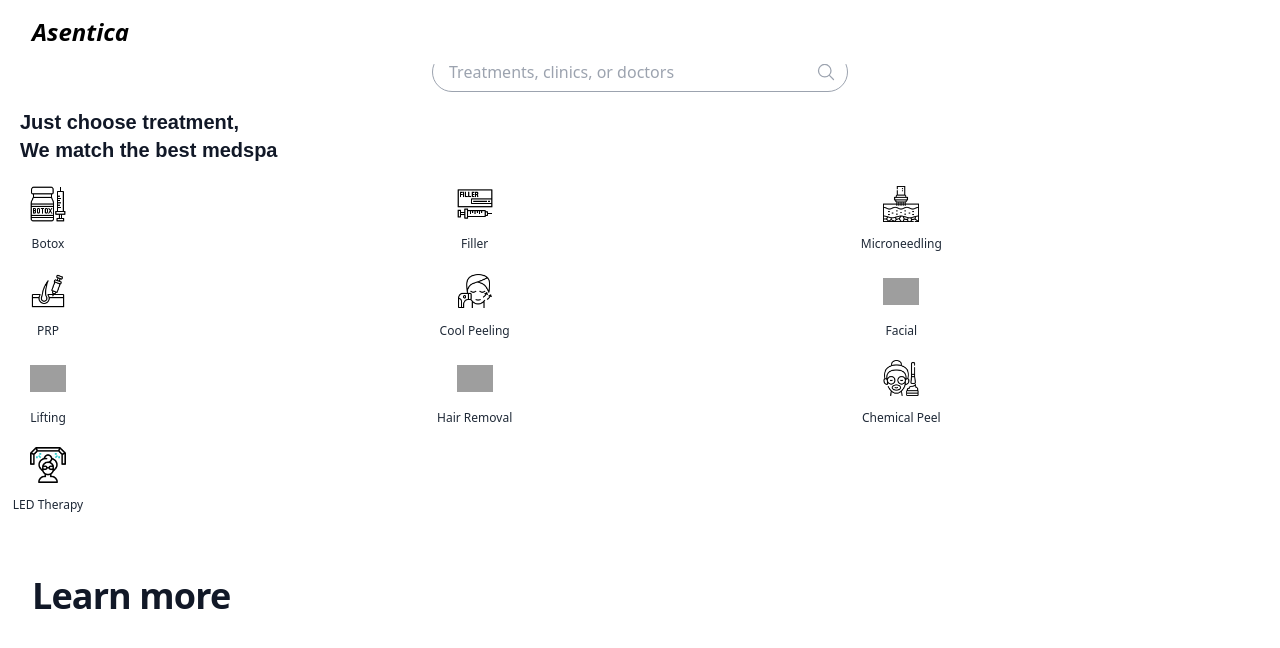
Repository: jungkeunhong/asentica_3rd
Page: /
These files come from the project's save history. The page is drawn as it stood at one moment and after the next save; the edit follows.
The browser window is 1280 px wide. The pictures show the part of the page from y = 0 to 648 px (the page is 2008 px tall).
Pictures or frames that could not be fetched are drawn as grey boxes. Some web fonts or font styles are not loaded; a fallback is used. The project was rebuilt for these pictures with package versions that can differ from the ones it lists, and the page was loaded fresh each time. The framework's server and built-in components were replaced by stand-ins that run in the browser. Also part of the build but not shown: next.config.js.

Above is the page before, as saved 2025-02-26 12:05:31.

### src/app/layout.tsx
import type { Metadata } from "next";
import { Gotu, Geist, Geist_Mono } from "next/font/google";
import "./globals.css";

const geistSans = Geist({
  subsets: ['latin'],
  variable: '--font-geist-sans',
});

const geistMono = Geist_Mono({
  subsets: ['latin'],
  variable: '--font-geist-mono',
});

const gotu = Gotu({
  weight: '400',
  subsets: ['latin'],
  variable: '--font-gotu',
});

export const metadata: Metadata = {
  title: 'Asentica - Find Your Perfect Medical Spa',
  description: 'Discover and book the best medical spa treatments near you.',
};

export default function RootLayout({
  children,
}: {
  children: React.ReactNode;
}) {
  return (
    <html lang="en">
      <head>
        <meta name="viewport" content="width=device-width, initial-scale=1.0, maximum-scale=1.0, user-scalable=no" />
      </head>
      <body
        className={`${geistSans.variable} ${geistMono.variable} antialiased ${gotu.variable}`}
      >
        <div className="">
          <div className="min-h-screen flex flex-col">
            <main className="flex-grow">{children}</main>
          </div>
        </div>
        <div className="pt-16">
          <div className="min-h-screen flex flex-col">
            <main className="flex-grow">{children}</main>
          </div>
        </div>
      </body>
    </html>
  );
}

### src/app/page.tsx
import Navbar from '@/components/Navbar';
import SearchBar from '@/components/SearchBar';
import CategoryGrid from '@/components/CategoryGrid';
import FeaturedTreatments from '@/components/FeaturedTreatments';

export default function Home() {
  return (
    <>
      <Navbar />
      <main className="min-h-screen bg-white pt-5">
        <div className="max-w-7xl mx-auto">
          <div className="bg-white py-8">
            <div className="max-w-md mx-auto px-4">
              <SearchBar />
            </div>
            <CategoryGrid />
          </div>
          <FeaturedTreatments />
        </div>
      </main>
    </>
  );
}

### src/app/globals.css
@tailwind base;
@tailwind components;
@tailwind utilities;
@import url('https://fonts.googleapis.com/css2?family=Gotu&display=swap');

h1, h2, h3 {
  font-family: 'Gotu', sans-serif;
}

p, button, input, span {
  font-family: system-ui, sans-serif;
}

:root {
  --background: #ffffff;
  --foreground: #171717;
}

@media (prefers-color-scheme: dark) {
  :root {
    --background: #0a0a0a;
    --foreground: #ededed;
  }
}

body {
  color: var(--foreground);
  background: var(--background);
  font-family: Arial, Helvetica, sans-serif;
}

/* Hide scrollbar for Chrome, Safari and Opera */
.hide-scrollbar::-webkit-scrollbar {
  display: none;
}

/* Hide scrollbar for IE, Edge and Firefox */
.hide-scrollbar {
  -ms-overflow-style: none;  /* IE and Edge */
  scrollbar-width: none;  /* Firefox */
}

### src/components/Navbar.tsx
'use client';

import Link from 'next/link';

export default function Navbar() {
  return (
    <nav className="fixed top-0 w-full bg-white z-50">
      <div className="max-w-7xl mx-auto px-4 sm:px-8 lg:px-8">
        <div className="font-extrabold flex justify-between h-16 items-center">
          <Link href="/" className="flex items-center">
            <span className="cormorant text-2xl italic text-black">Asentica</span>
          </Link>
        </div>
      </div>
    </nav>
  );
}

### src/components/SearchBar.tsx
'use client';

import { useState } from 'react';
import { MagnifyingGlassIcon, XMarkIcon } from '@heroicons/react/24/outline';
import { useRouter } from 'next/navigation';

interface SearchBarProps {
  initialValue?: string;
  className?: string;
  onSearch?: (value: string) => void;
}

const SearchBar = ({ initialValue = '', className = '', onSearch }: SearchBarProps) => {
  const [searchTerm, setSearchTerm] = useState(initialValue);
  const router = useRouter();

  const handleSubmit = (e: React.FormEvent) => {
    e.preventDefault();
    const trimmedTerm = searchTerm.trim();
    if (trimmedTerm) {
      if (onSearch) {
        onSearch(trimmedTerm);
      } else {
        router.push(`/search?q=${encodeURIComponent(trimmedTerm)}`);
      }
    }
  };

  const handleChange = (e: React.ChangeEvent<HTMLInputElement>) => {
    const value = e.target.value;
    setSearchTerm(value);
    if (onSearch) {
      onSearch(value);
    }
  };

  const clearSearch = () => {
    setSearchTerm('');
    if (onSearch) {
      onSearch('');
    }
  };

  return (
    <form onSubmit={handleSubmit} className={`relative ${className}`}>
      <div className="relative flex items-center">
        <input
          type="text"
          value={searchTerm}
          onChange={handleChange}
          placeholder="Treatments, clinics, or doctors"
          className="w-full h-10 pl-4 pr-12 bg-white rounded-3xl border border-gray-400 focus:outline-none focus:border-primary-500 text-base"
          style={{ fontSize: '16px', color: 'black' }}
        />
        <div className="absolute right-0 flex items-center pr-3 space-x-2">
          {searchTerm && (
            <button
              type="button"
              onClick={clearSearch}
              className="p-1 text-gray-400 hover:text-gray-600"
              aria-label="Clear search"
            >
              <XMarkIcon className="w-5 h-5" />
            </button>
          )}
          {!searchTerm && (
            <MagnifyingGlassIcon className="w-5 h-5 text-gray-400" />
          )}
        </div>
      </div>
    </form>
  );
};

export default SearchBar;

### src/components/CategoryGrid.tsx
'use client';

import React from 'react';
import { useRouter } from 'next/navigation';
import Image from 'next/image';

const categories = [
  { id: 1, name: 'Botox', image: 'botox.png'  },
  { id: 2, name: 'Filler', image: 'filler.png' },
  { id: 3, name: 'Microneedling', image: 'microneedling.png' },
  { id: 4, name: 'PRP', image: 'prp.png' },
  { id: 5, name: 'Cool Peeling', image: 'cool-peeling.png' },
  { id: 6, name: 'Facial', image: 'facial.png' },
  { id: 7, name: 'Lifting', image: 'lifting.png' },
  { id: 8, name: 'Hair Removal', image: 'hair-removal.png' },
  { id: 9, name: 'Chemical Peel', image: 'chemical-peel.png' },
  { id: 10, name: 'LED Therapy', image: 'led-therapy.png' },
];

const CategoryGrid = () => {
  const router = useRouter();

  const handleCategoryClick = (name: string) => {
    router.push(`/search?q=${encodeURIComponent(name.toLowerCase())}`);
  };

  return (
    <div className="py-4">
      <h2 className="cormorant text-xl font-extrabold mb-4 text-gray-900 pl-5">Just choose treatment,<br />We match the best medspa</h2>
      <div className="overflow-x-auto pb-2 hide-scrollbar">
        <div className="grid grid-rows-3 grid-cols-3 gap-y-4">
          {categories.map((category) => (
            <button
              key={category.id}
              onClick={() => handleCategoryClick(category.name)}
              className="flex flex-col items-center w-24"
            >
              <div className="w-12 h-12 flex items-center justify-center bg-white rounded-full hover:shadow-lg transition-colors">
                <Image
                  src={`/icons/${category.image}`}
                  alt={category.name}
                  width={36}
                  height={36}
                />
              </div>
              <span className="text-[12px] text-gray-800 text-center leading-tight mt-2">{category.name}</span>
            </button>
          ))}
        </div>
      </div>
    </div>
  );
};

export default CategoryGrid;

### src/components/FeaturedTreatments.tsx
'use client';

import Image from 'next/image';
import { useRouter } from 'next/navigation';

const treatments = [
  {
    id: 'botox',
    title: 'Botox',
    image: 'https://plus.unsplash.com/premium_photo-1661769358914-1d33c22bd7ba?w=500&auto=format&fit=crop&q=60&ixlib=rb-4.0.3&ixid=M3wxMjA3fDB8MHxzZWFyY2h8MXx8Ym90b3h8ZW58MHx8MHx8fDA%3D',
    description: 'Natural wrinkle improvement and prevention...more',
    searchKeyword: 'botox'
  },
  {
    id: 'filler',
    title: 'Filler',
    image: 'https://plus.unsplash.com/premium_photo-1719617673012-4b121052cc8f?w=500&auto=format&fit=crop&q=60&ixlib=rb-4.0.3&ixid=M3wxMjA3fDB8MHxzZWFyY2h8MTd8fGZpbGxlcnxlbnwwfHwwfHx8MA%3D%3D',
    description: 'Natural volume and contour improvement...more',
    searchKeyword: 'filler'
  },
  {
    id: 'microneedling',
    title: 'Microneedling',
    image: 'https://media.istockphoto.com/id/1731969249/ko/%EC%82%AC%EC%A7%84/%EB%85%B8%ED%99%94-%EB%B0%A9%EC%A7%80-%ED%81%B4%EB%A6%AC%EB%8B%89%EC%97%90%EC%84%9C-%EC%A3%BC%EB%A6%84%EA%B3%BC-%ED%9D%89%ED%84%B0%EB%A5%BC-%EC%A4%84%EC%9D%B4%EA%B8%B0-%EC%9C%84%ED%95%B4-%EC%84%B1%EC%9D%B8-%EB%82%A8%EC%84%B1%EA%B3%BC-%ED%95%A8%EA%BB%98-%EB%A0%88%EC%9D%B4%EC%A0%80-%ED%91%9C%EB%A9%B4-%EC%B2%98%EB%A6%AC-%EC%96%BC%EA%B5%B4-%EC%8A%A4%ED%82%A8-%EC%BC%80%EC%96%B4-%EC%B9%98%EB%A3%8C-%EA%B8%B0%EC%88%A0%EC%9D%84-%EC%82%AC%EC%9A%A9%ED%95%98%EB%8A%94-%ED%94%BC%EB%B6%80-%EC%9D%98%EC%82%AC.webp?a=1&b=1&s=612x612&w=0&k=20&c=019vxc5s4SAycLCyiZC078IFtJvhqseZyHse_A9stbU=',
    description: 'Boost collagen, smooth texture, and reduce scars...more',
    searchKeyword: 'microneedling'
  },
];

const FeaturedTreatments = () => {
  const router = useRouter();

  const handleTreatmentClick = (treatmentId: string) => {
    router.push(`/treatment/${treatmentId}`);
  };

  return (
    <div className="bg-white">
      <div className="max-w-7xl mx-auto px-4 sm:px-6 lg:px-8">
        <div className="lg:text-left">
          <p className="cormorant mt-2 text-2xl leading-8 font-extrabold tracking-tight text-gray-900 sm:text-4xl">
            Learn more
          </p>
        </div>
        <div className="mt-8">
          <div className="grid grid-cols-1 gap-8 sm:grid-cols-2 lg:grid-cols-3">
            {treatments.map((treatment) => (
              <div
                key={treatment.id}
                className="cursor-pointer group"
                onClick={() => handleTreatmentClick(treatment.id)}
              >
                <div className="relative h-36 w-full overflow-hidden rounded-lg bg-white group-hover:opacity-75 sm:h-64">
                  <Image
                    src={treatment.image}
                    alt={treatment.title}
                    fill
                    className="object-cover object-center"
                  />
                </div>
                <h3 className="cormorant mt-4 text-xl font-extrabold text-gray-900">{treatment.title}</h3>
                <p className="mt-1 text-sm text-gray-500">{treatment.description}</p>
              </div>
            ))}
          </div>
        </div>
      </div>
    </div>
  );
};

export default FeaturedTreatments;

Loaded but not shown: tailwind.config.ts (common file)

After the next save:
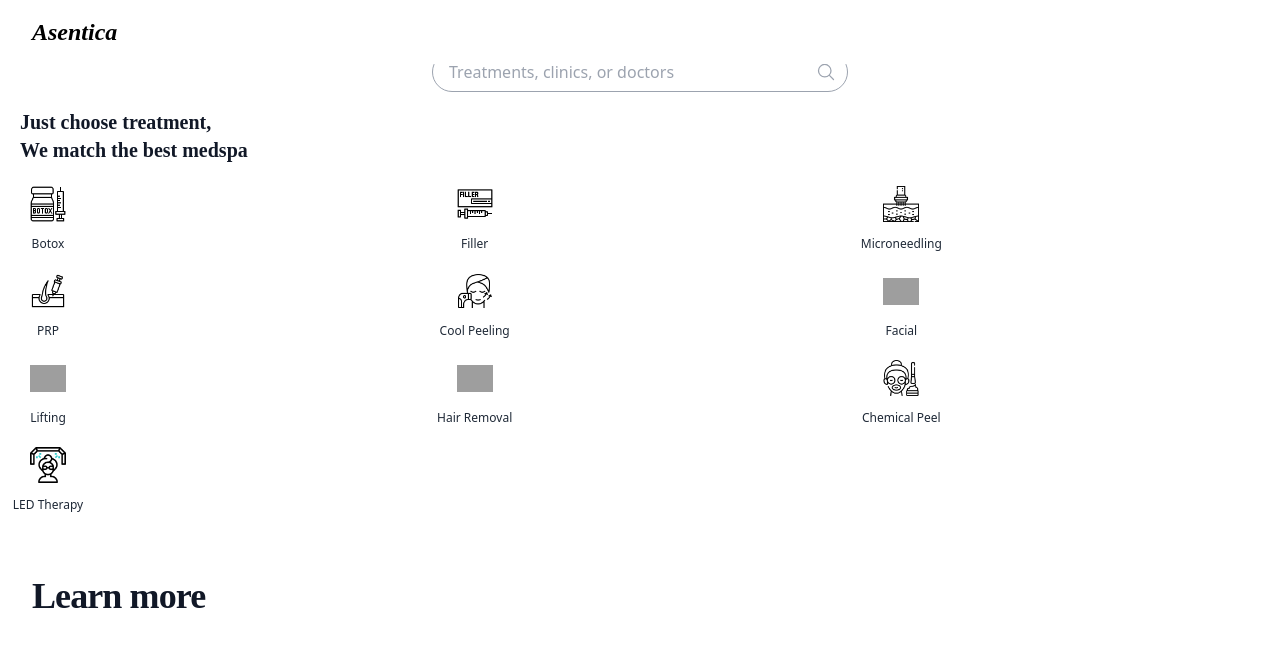
Saved 45 s later.
--- a/src/app/globals.css
+++ b/src/app/globals.css
@@ -1,19 +1,12 @@
+@import url('https://fonts.googleapis.com/css2?family=Gotu&display=swap');
 @tailwind base;
 @tailwind components;
 @tailwind utilities;
-@import url('https://fonts.googleapis.com/css2?family=Gotu&display=swap');
-
-h1, h2, h3 {
-  font-family: 'Gotu', sans-serif;
-}
-
-p, button, input, span {
-  font-family: system-ui, sans-serif;
-}
 
 :root {
   --background: #ffffff;
   --foreground: #171717;
+  --font-cormorant: 'Cormorant', serif;
 }
 
 @media (prefers-color-scheme: dark) {
@@ -23,10 +16,27 @@ p, button, input, span {
   }
 }
 
+@layer base {
+  h1, h2, h3 {
+    font-family: 'Gotu', sans-serif;
+  }
+
+  p, button, input, span {
+    font-family: system-ui, sans-serif;
+  }
+
+  .cormorant {
+    font-family: var(--font-cormorant);
+  }
+
+  .gotu {
+    font-family: 'Gotu', sans-serif;
+  }
+}
+
 body {
   color: var(--foreground);
   background: var(--background);
-  font-family: Arial, Helvetica, sans-serif;
 }
 
 /* Hide scrollbar for Chrome, Safari and Opera */
